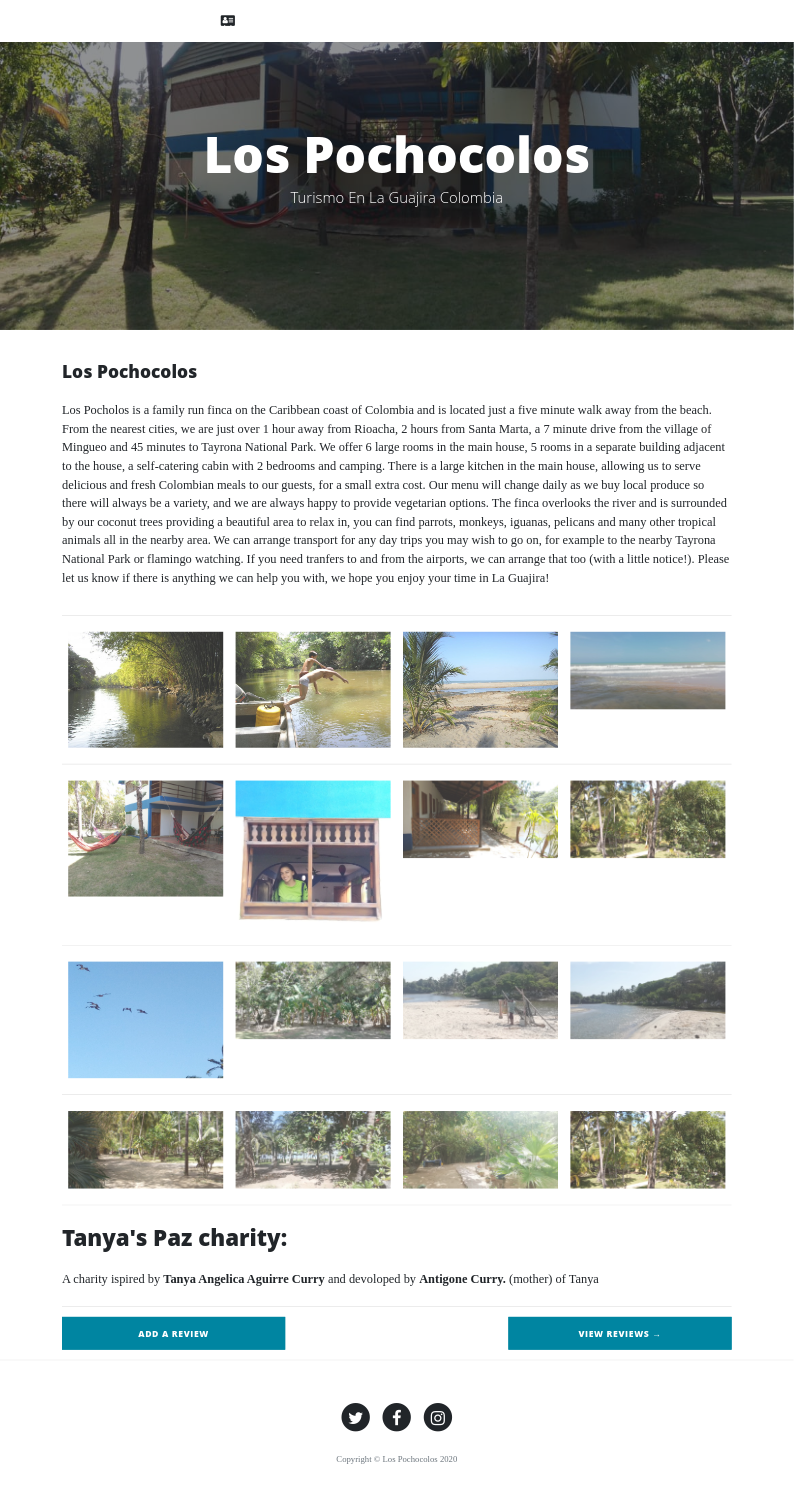
Repository: cachimiro/los-pochoclos
Page: http://localhost/
The author's editor kept a record of every edit. The page is drawn from the files as they stood at one moment, then again after the next edit.
The browser window is 1280 px wide. The pictures show the whole page, at 62% of full size.
Some web libraries are served in a nearby version. The page is served by the project's application, run on Flask 3 (run.py).

Above is the page before.
Console error: ReferenceError: emailjs is not defined

After the next edit:
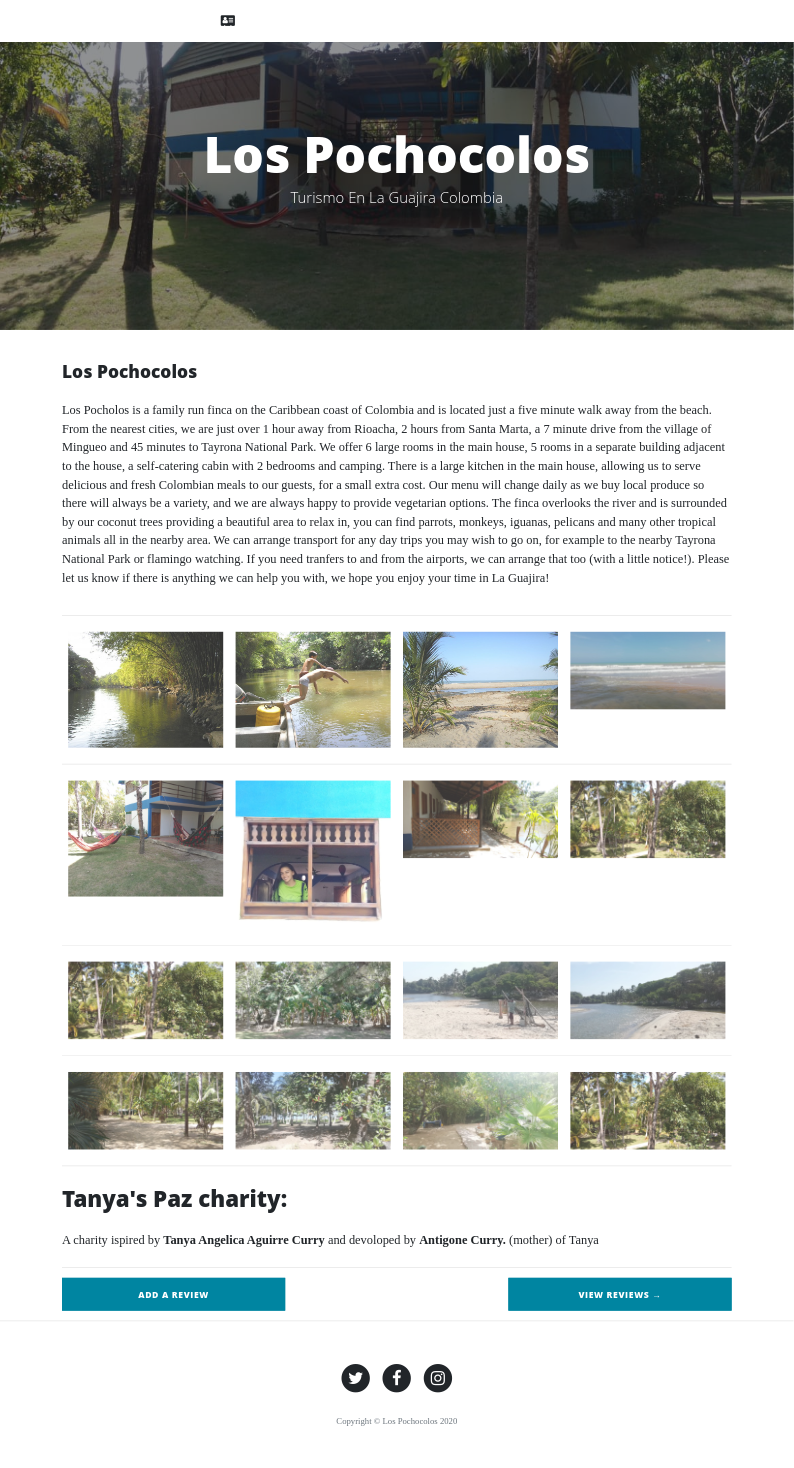
The edit:
--- a/templates/index.html
+++ b/templates/index.html
@@ -107,7 +107,7 @@
   <div class="container">
                    <div class="row ">
   <div class="column">
-    <img src="../static/img-room/pelicanos.jpg" alt="birds" style="width:100%" onclick="expandImageThree(this);" id="togle-8">
+    <img src="../static/img-room/vista-frente-casa.jpg" alt="birds" style="width:100%" onclick="expandImageThree(this);" id="togle-8">
   </div>
   <div class="column">
     <img src="../static/img-room/platanera.jpg" alt="cabin" style="width:100%" onclick="expandImageThree(this);" id="togle-9">
